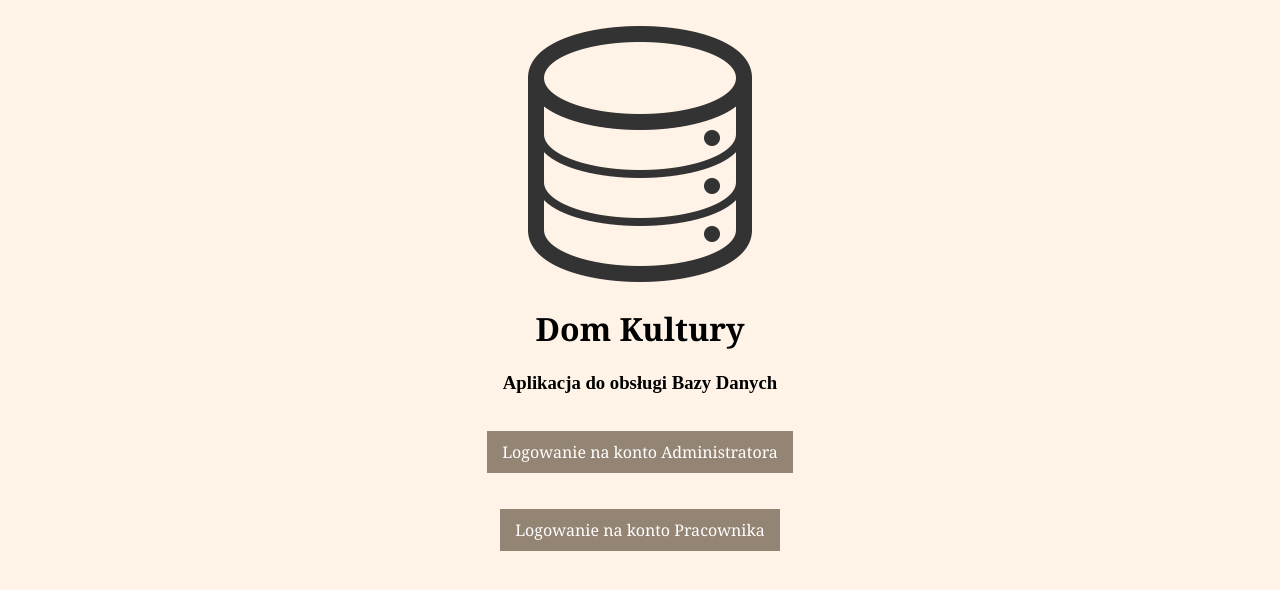
Repository: marcinRuta/houseOfCulture-crud-webapp-database
Page: http://localhost/index
The author's editor kept a copy of each file at every save. The page is drawn from the files as they stood at one save, then again after the next save.
The browser window is 1280 px wide. The pictures show the whole page.
The page is this project's Thymeleaf template; nobody is signed in. The template is opened directly, without the code that normally fills it, so the values that code supplies are empty.

Above is the page before, as saved 2021-01-11 11:48:15.

After the next save:
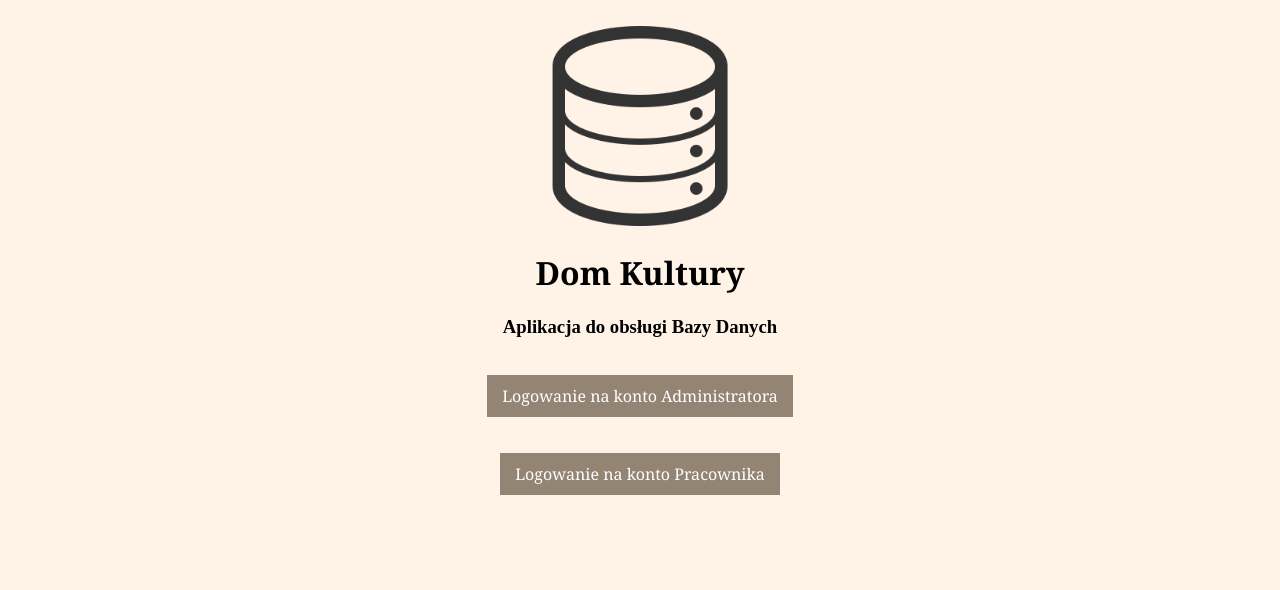
Saved 50 s later.
--- a/DomKultury/src/main/resources/templates/index.html
+++ b/DomKultury/src/main/resources/templates/index.html
@@ -15,7 +15,7 @@
 	<div align="center">
 
 	<br/>
-	<img src="../static/images/logo.png" th:src="@{/images/logo.png}">
+	<img src="../static/images/logo.png" th:src="@{/images/logo.png}" width="200" height="200">
 
 		<!--  Page header  -->
 		<h1>Dom Kultury</h1>
